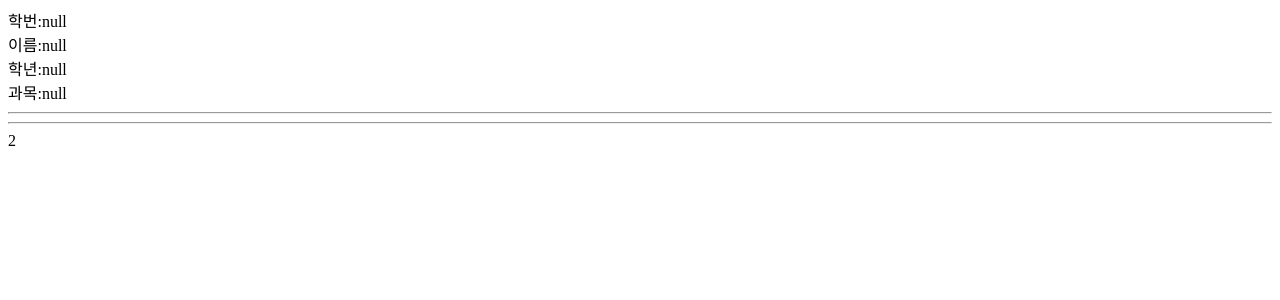
Repository: binkalos/JSP-STUDY
Page: http://localhost/chapter7/requestTestProc.jsp
These files come from the project's save history. The page is drawn as it stood at one moment and after a run of saves; the edit follows.
The browser window is 1280 px wide. The pictures show the whole page.
The page is served by Tomcat 9.

Above is the page before, as saved 2019-06-14 02:10:35.

After the next 2 saves:
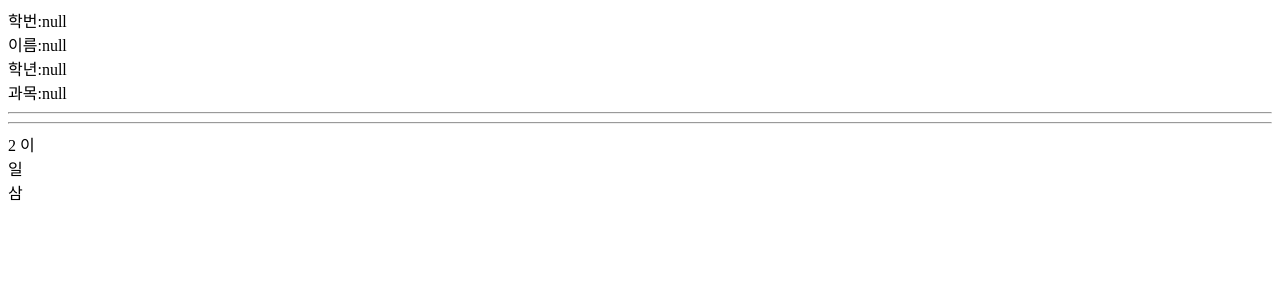
The 2 saves are shown as one change because 1 did not build or start.
The last was saved 40 s later.
--- a/chapter7/WebContent/requestTestProc.jsp
+++ b/chapter7/WebContent/requestTestProc.jsp
@@ -42,6 +42,12 @@
 
 <%
 	Enumeration en1 = request.getAttributeNames();
+
+	while(en1.hasMoreElements()){
+		String key = (String)en1.nextElement();//키값 옮겨주는거
+		String value = request.getParameter(key);
+		out.print(key+"<br>");
+	}
 %>
 </body>
 </html>
